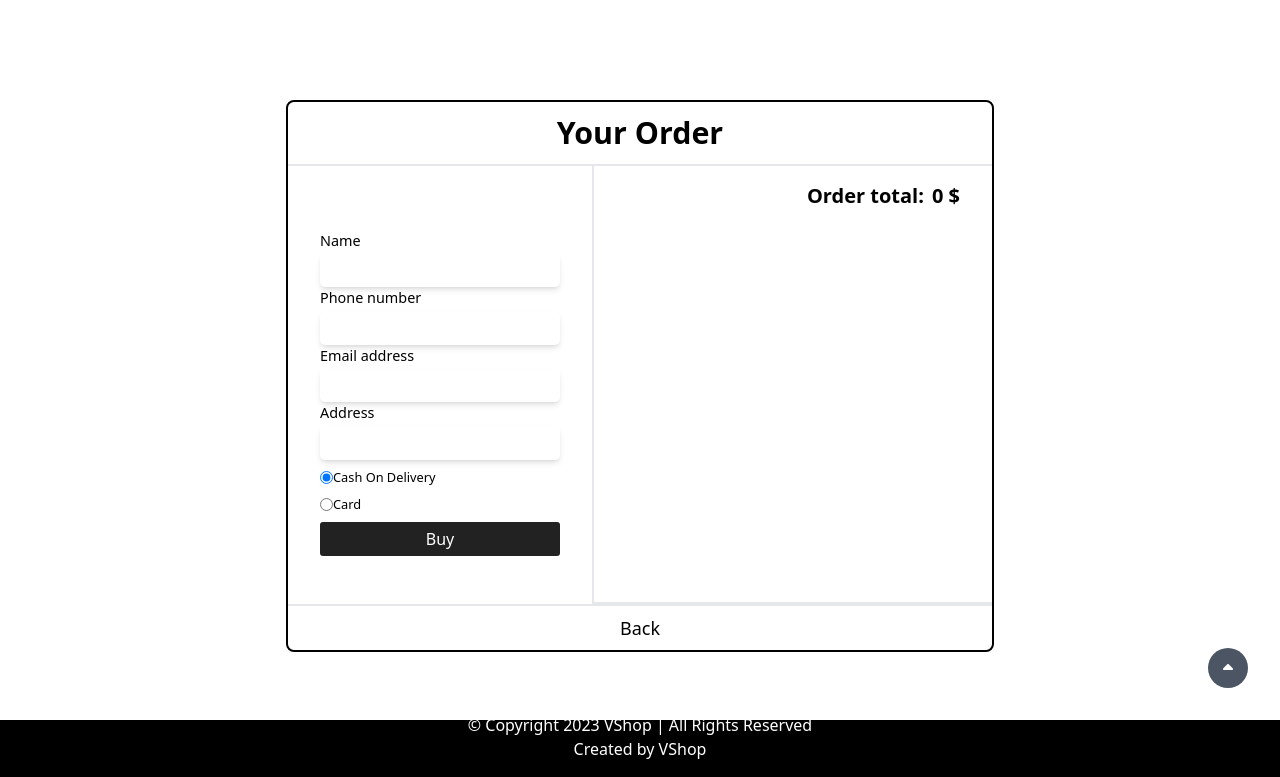
Repository: Kith933UTH/VSHOP
Page: /payment
The author's editor kept a copy of each file at every save. The page is drawn from the files as they stood at one save, then again after the next save.
The browser window is 1280 px wide. The pictures show the whole page.
Pictures or frames that could not be fetched are drawn as grey boxes. The project was rebuilt for these pictures with package versions that can differ from the ones it lists, and the page was loaded fresh each time. Also part of the build but not shown: src/components/product-item/ProductItem.js, src/components/loader/Loader.js, src/constants/constants.js, src/components/product-filters/Category.js, src/components/product-filters/Price.js, src/components/product-filters/Rating.js, src/components/product-filters/ProductFilters.js, src/components/cart-shopping/CartEmpty.js and 21 more.

Above is the page before, as saved 2023-08-05 15:35:39.

After the next save:
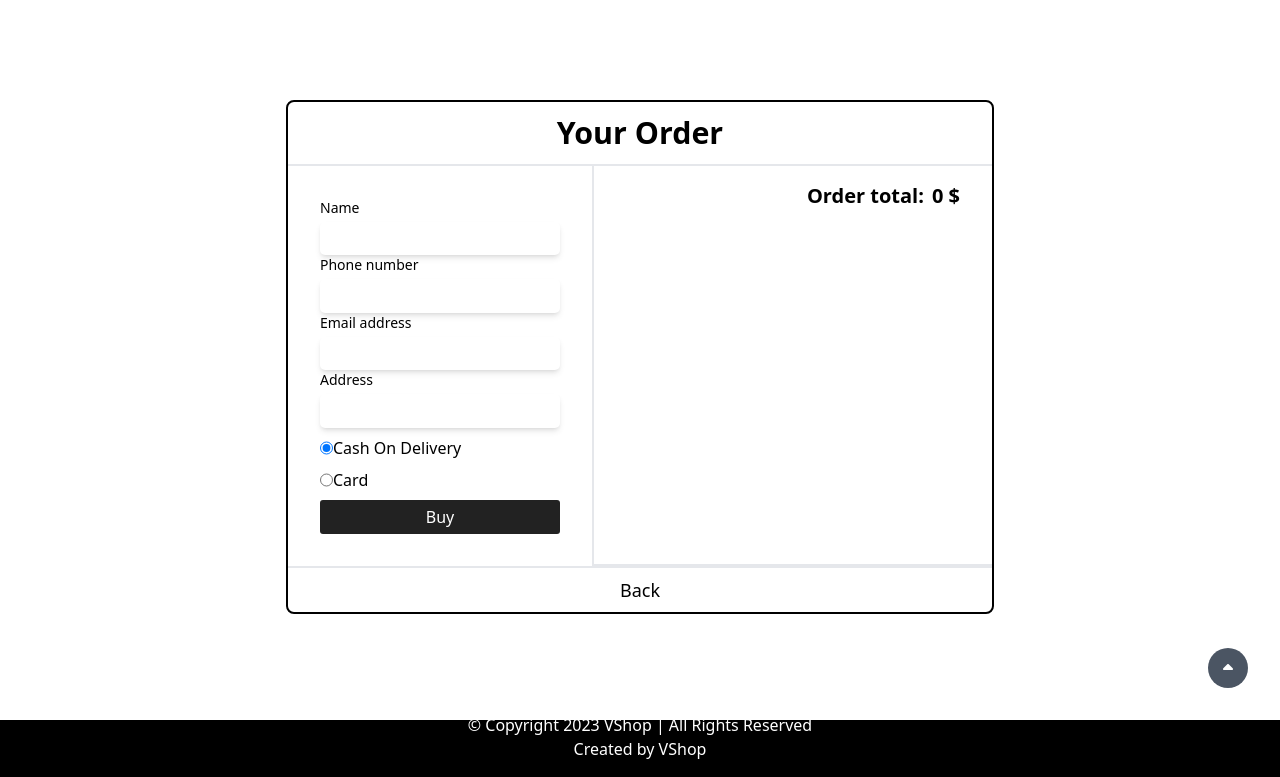
Saved 80 min 8 s later.
--- a/src/components/payment/Payment.js
+++ b/src/components/payment/Payment.js
@@ -19,21 +19,21 @@ export function Payment() {
             <div className="border-2 rounded-lg border-black w-max h-fit">
             <h2 className="p-2">Your Order</h2>
             <div className="flex flex-col-reverse md:flex-row justify-center border-y-2 border-b-2">
-                <form className="border-none bg-none m-0 border-b-2" action="/success">
+                <div className="border-none bg-none m-0 border-b-2 inline-block p-8" >
                     <p>
-                        <label>Name</label><br/>
+                        <label className="float-left text-sm m-0 p-0">Name</label><br/>
                         <input className='shadow-md' type="text" name="name" required />
                     </p>
                     <p>
-                        <label>Phone number</label><br/>
+                        <label className="float-left text-sm m-0 p-0">Phone number</label><br/>
                         <input className='shadow-md' type="tel" name="tel" required />
                     </p>
                     <p>
-                        <label>Email address</label><br/>
+                        <label className="float-left text-sm m-0 p-0">Email address</label><br/>
                         <input className='shadow-md' type="email" name="email" required />
                     </p>
                     <p>
-                        <label>Address</label><br/>
+                        <label className="float-left text-sm m-0 p-0">Address</label><br/>
                         <input className='shadow-md'  type="text" name="address" required />
                     </p>
                     <p className='flex justify-start pt-2'>
@@ -42,11 +42,10 @@ export function Payment() {
                     <p className='flex justify-start py-2'>
                         <input className='' type="radio" name="checkbox" /> <span>Card</span>
                     </p>
-
                     <p>
                         <button id="sub_btn"  type="submit">Buy</button>
                     </p>
-                </form>
+                </div>
                 <div className={`min-w-[400px] border-l-2 border-b-2 px-4 pb-4 ${cart.length > 2 ? 'box-item' : ''}`}>
                     {cart.map(item => <CartItemPayment key={item.id} item={item}/>)}
                     <div className='flex justify-center sm:justify-end pt-4'>
